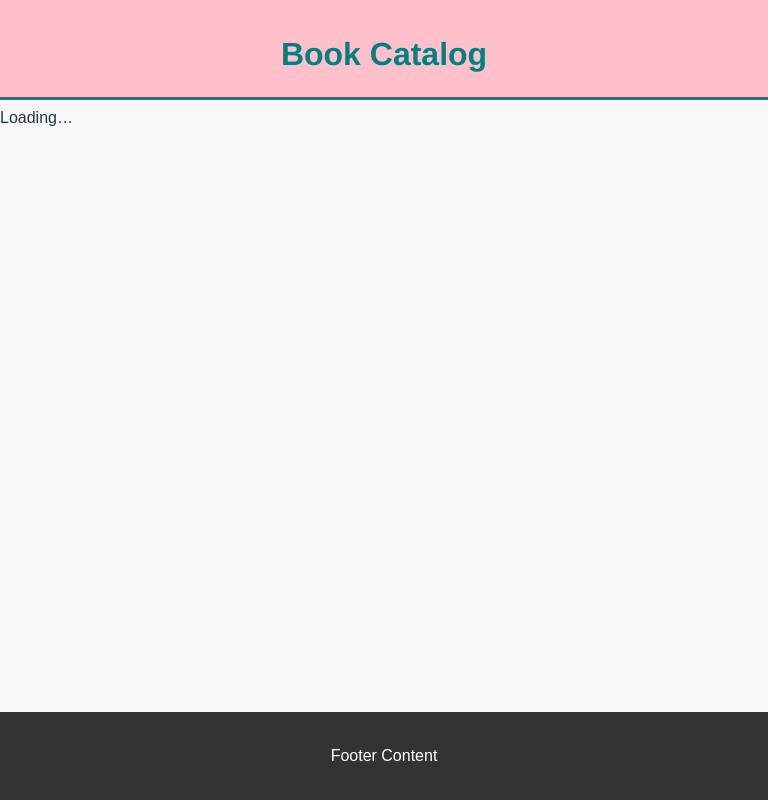
Repository: primcharlin/COMP3170_Lab_Assignment_Components
Page: /
The author's editor kept a copy of each file at every save. The page is drawn from the files as they stood at one save, then again after the next save.
The browser window is 768 px wide. The pictures show the whole page.
The page's requests for data from a server got no answer. The project was rebuilt for these pictures with package versions that can differ from the ones it lists, and the page was loaded fresh each time. No one was signed in, and anything a server would have sent is missing. Also part of the build but not shown: vite.config.js.

Above is the page before, as saved 2025-09-12 03:11:58.

After the next save:
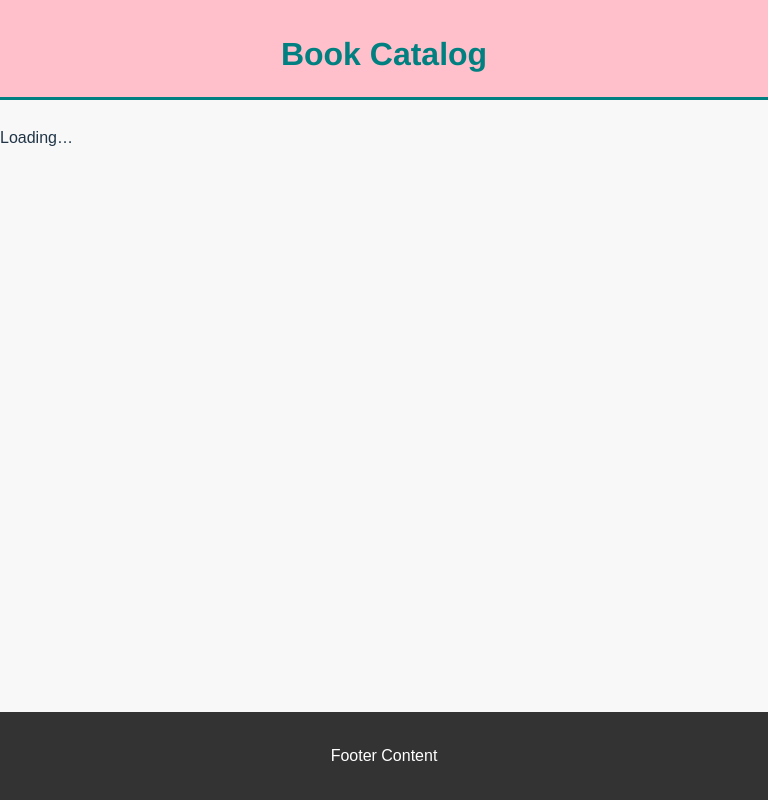
Saved 118 s later.
--- a/src/App.css
+++ b/src/App.css
@@ -86,11 +86,17 @@ h1 {
     display: grid;
     grid-template-columns: 1fr 1fr;
     gap: 2rem;
-    padding-top: 90px; /* Adjust to match header height */
-    padding-left: 0;
-    padding-right: 0;
+    padding-top: 110px; /* match header height + gap */
     padding-bottom: 2em;
     box-sizing: border-box;
+}
+
+@media (max-width: 800px) {
+    .content {
+        grid-template-columns: 1fr;
+        gap: 1rem;
+        padding-top: 110px;
+    }
 }
 
 .grid {
